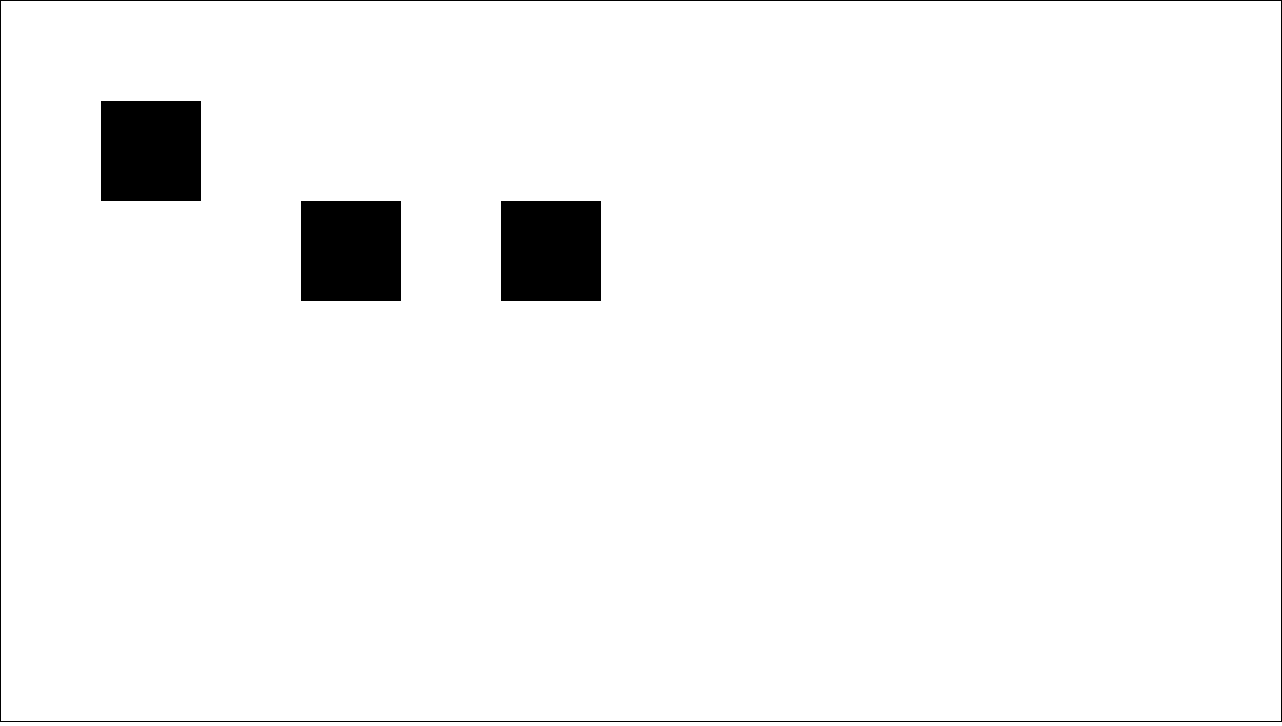
Repository: badhon252/Javascript-practice
Page: 1projects/JavaScript30/08 - Fun with HTML5 Canvas/index-START.html
An editor plug-in stored every save of this project. The page is shown before and after the next save, followed by the edit.
The browser window is 1280 px wide. The page is 1282 px wide, so the pictures cover 1282 px, including what lies to the right of the window. The pictures show the whole page.

Above is the page before, as saved 2022-12-02 23:30:52.

After the next save:
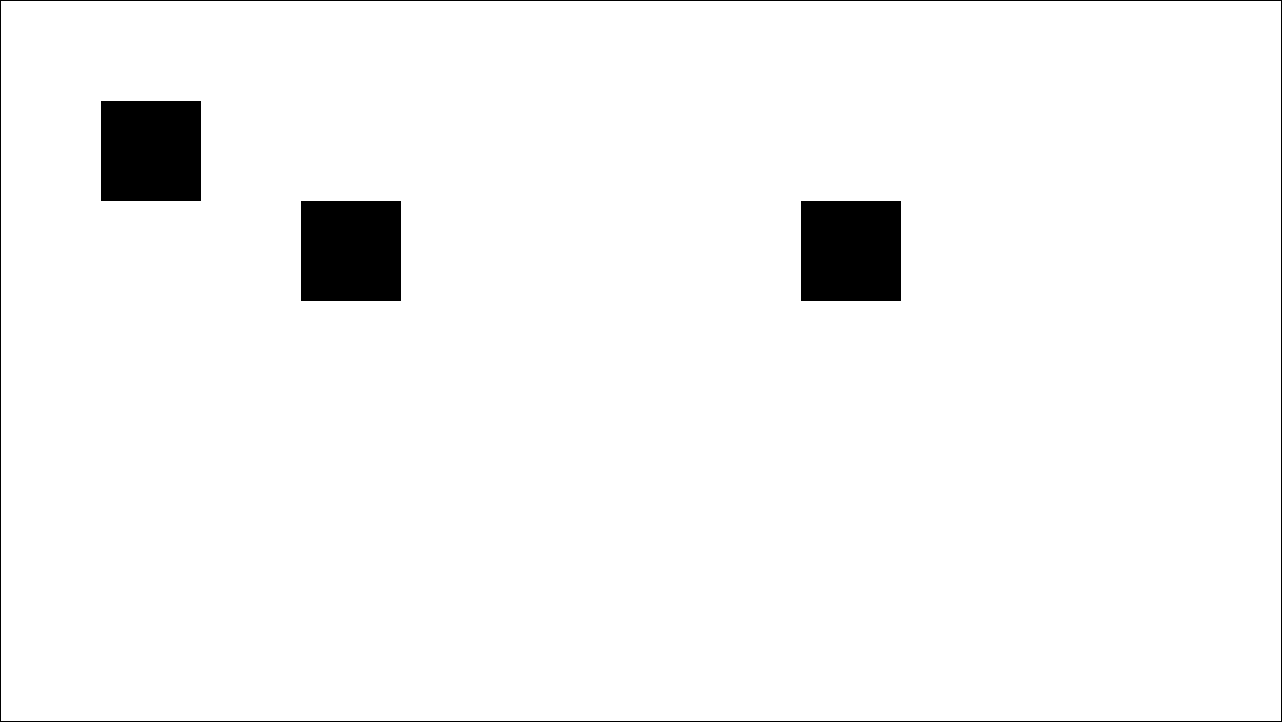
Saved 12 s later.
--- a/1projects/JavaScript30/08 - Fun with HTML5 Canvas/index-START.html
+++ b/1projects/JavaScript30/08 - Fun with HTML5 Canvas/index-START.html
@@ -34,7 +34,7 @@
         // ctx.fillRect(x, y, width, height)
         ctx.fillRect(100, 100, 100, 100);
         ctx.fillRect(300, 200, 100, 100);
-        ctx.fillRect(500, 200, 100, 100);
+        ctx.fillRect(800, 200, 100, 100);
     </script>
 </body>
 
